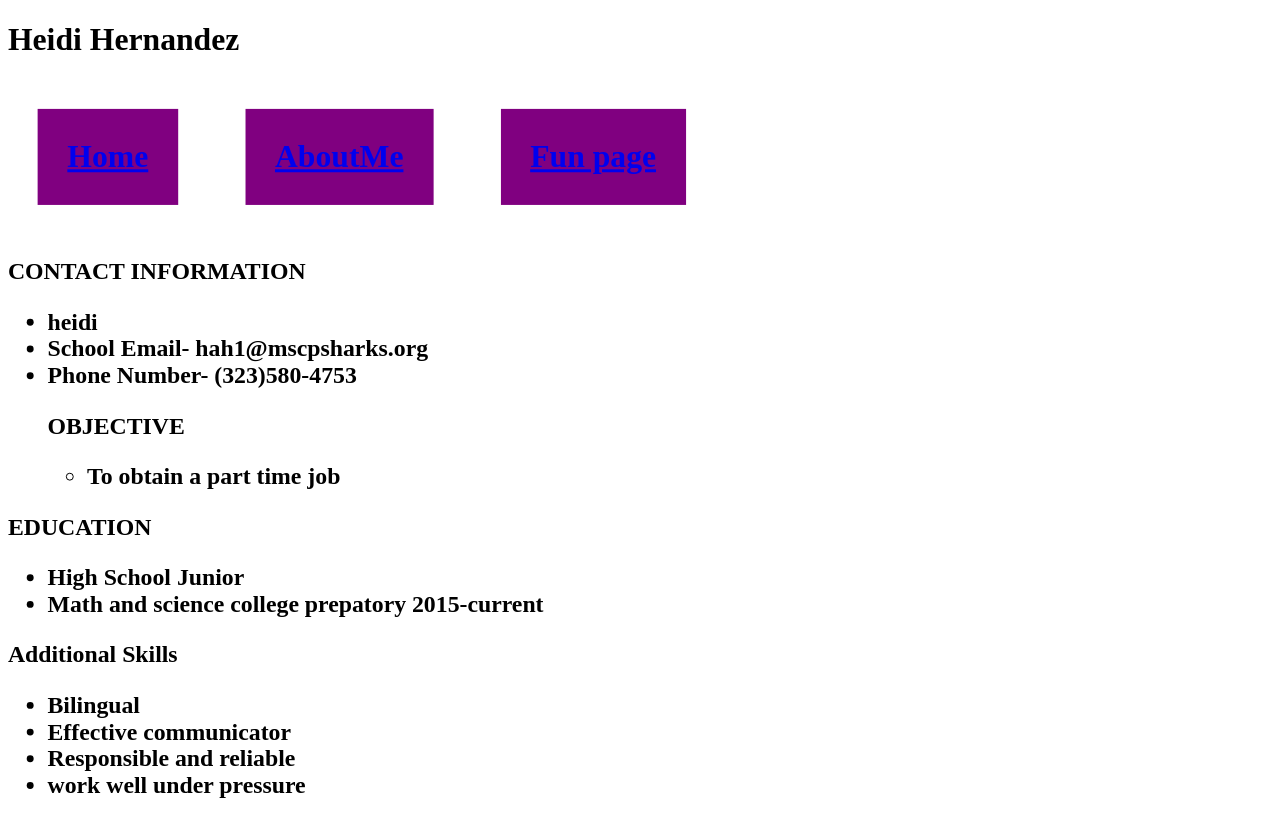
Repository: heidi80h/heidi80h.github.io
Page: Resume.html
The author's editor kept a record of every edit. The page is drawn from the files as they stood at one moment, then again after the next edit.
The browser window is 1280 px wide. The pictures show the whole page, at 99% of full size.

Above is the page before.

After the next edit:
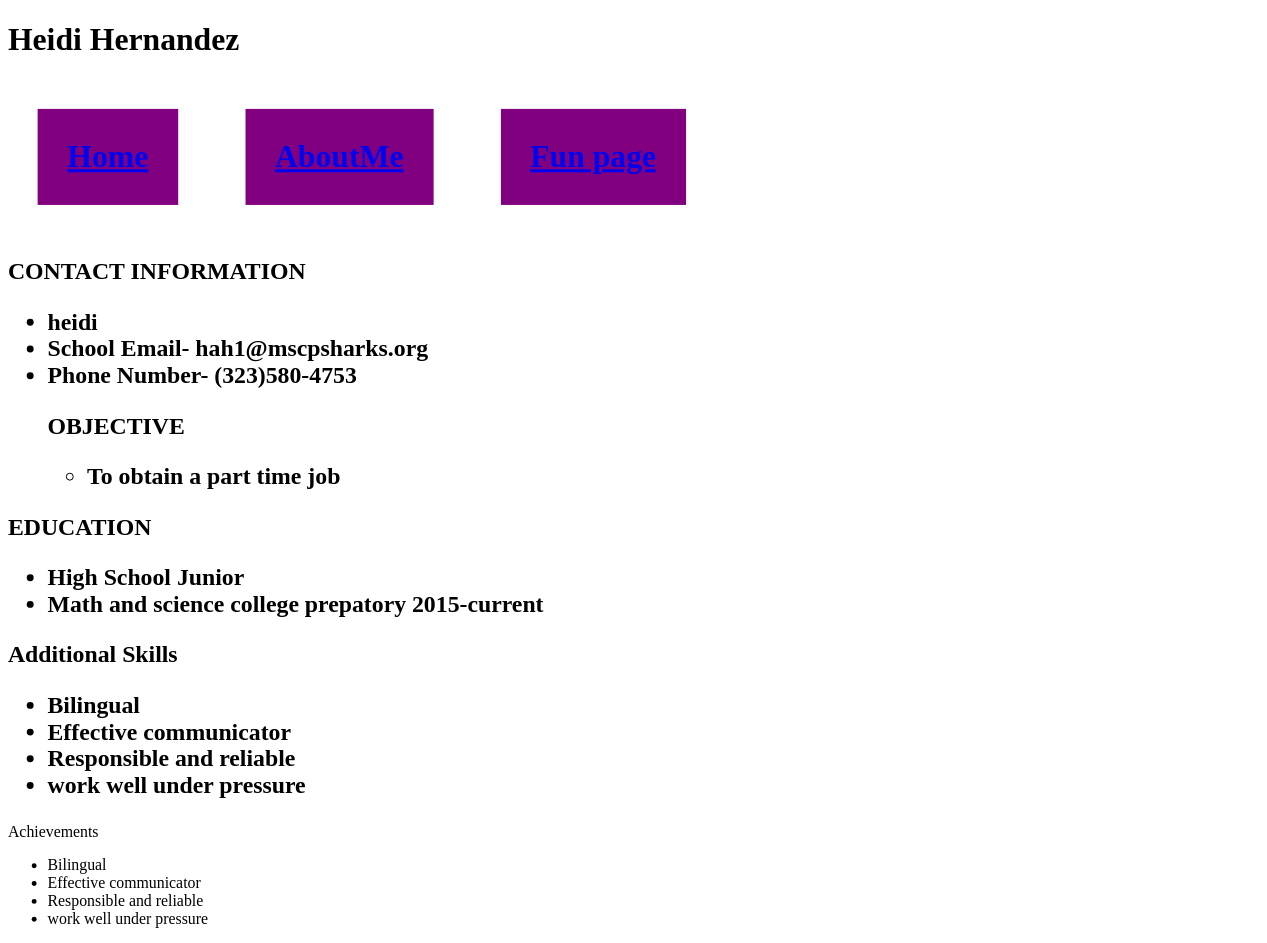
The edit:
--- a/Resume.html
+++ b/Resume.html
@@ -49,3 +49,15 @@
 
     </body>
 </html>
+
+  </ul>
+        <p>Achievements </p>
+        <ul>
+            <li>Bilingual</li>
+            <li>Effective communicator</li>
+            <li>Responsible and reliable</li>
+            <li>work well under pressure </li>
+        </h2>
+
+    </body>
+</html>
